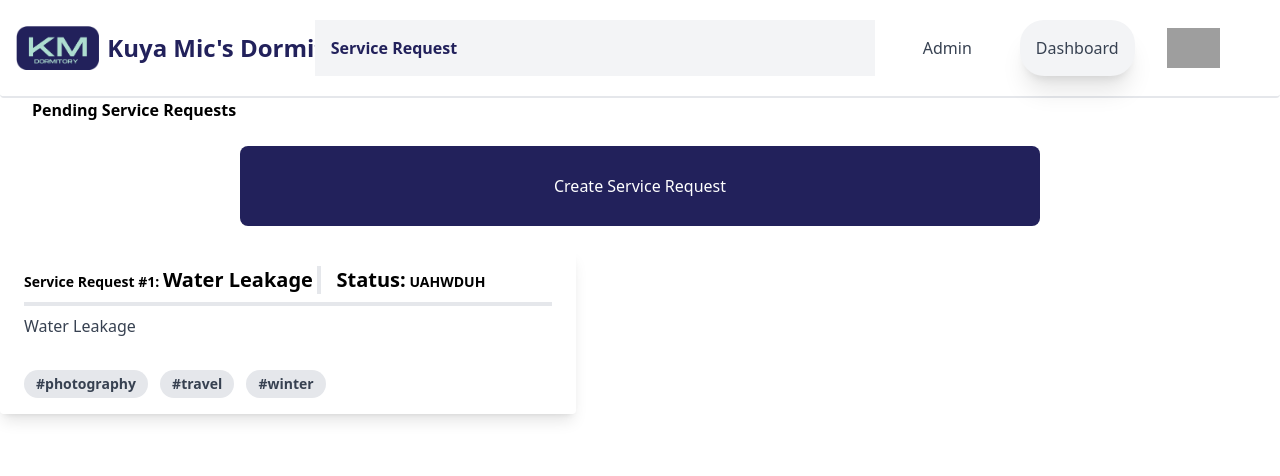
Repository: theamgri/Dormitory-Management-System
Page: servicerequest.html
The author's editor kept a copy of each file at every save. The page is drawn from the files as they stood at one save, then again after the next save.
The browser window is 1280 px wide. The pictures show the whole page.
Pictures or frames that could not be fetched are drawn as grey boxes. Some web libraries are served in a nearby version.

Above is the page before, as saved 2023-01-12 00:13:23.

After the next save:
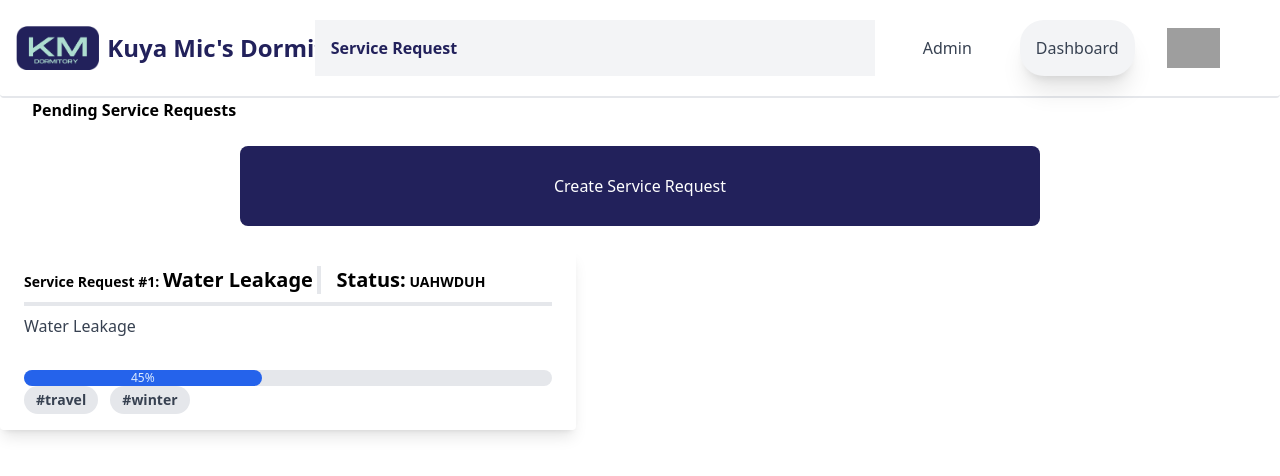
Saved 80 s later.
--- a/servicerequest.html
+++ b/servicerequest.html
@@ -59,7 +59,9 @@
             </p>
           </div>
           <div class="px-6 pt-4 pb-2">
-            <span class="inline-block bg-gray-200 rounded-full px-3 py-1 text-sm font-semibold text-gray-700 mr-2 mb-2">#photography</span>
+            <div class="w-full bg-gray-200 rounded-full dark:bg-gray-700">
+                <div class="bg-blue-600 text-xs font-medium text-blue-100 text-center p-0.5 leading-none rounded-full" style="width: 45%"> 45%</div>
+              </div>
             <span class="inline-block bg-gray-200 rounded-full px-3 py-1 text-sm font-semibold text-gray-700 mr-2 mb-2">#travel</span>
             <span class="inline-block bg-gray-200 rounded-full px-3 py-1 text-sm font-semibold text-gray-700 mr-2 mb-2">#winter</span>
           </div>
